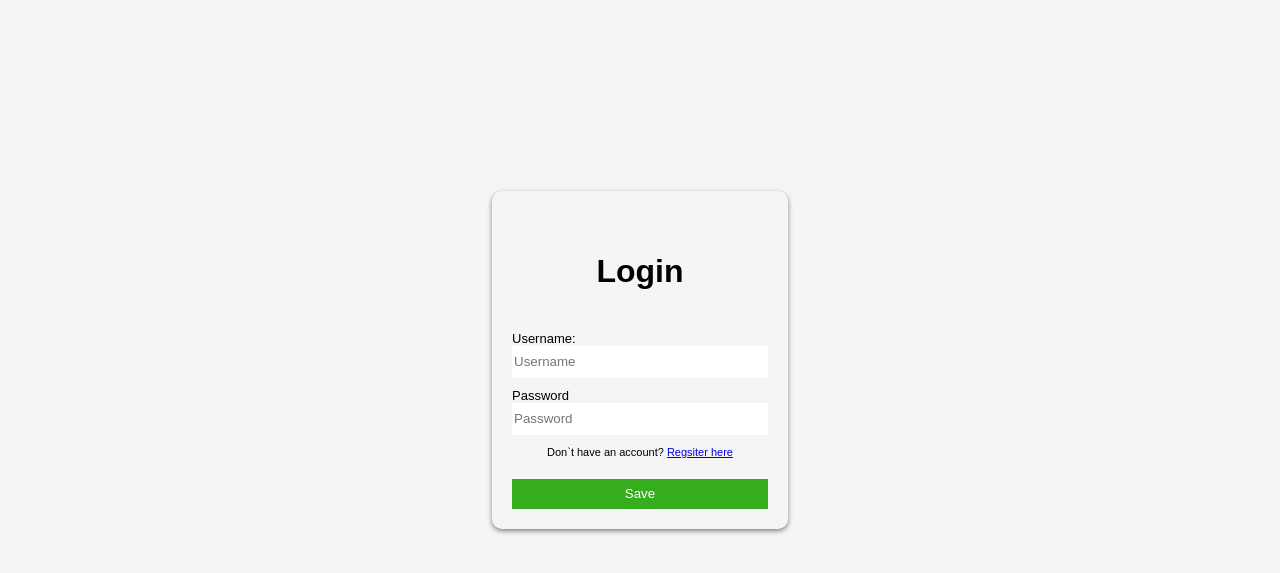
Repository: Dennis-star1001/PHP-CRUD
Page: http://localhost/login.php
These files come from the project's save history. The page is drawn as it stood at one moment and after the next save; the edit follows.
The browser window is 1280 px wide. The pictures show the whole page.
The page is run by PHP 8.4 with error messages shown; the project is at /var/www/html/.

Above is the page before, as saved 2022-07-06 00:31:27.

After the next save:
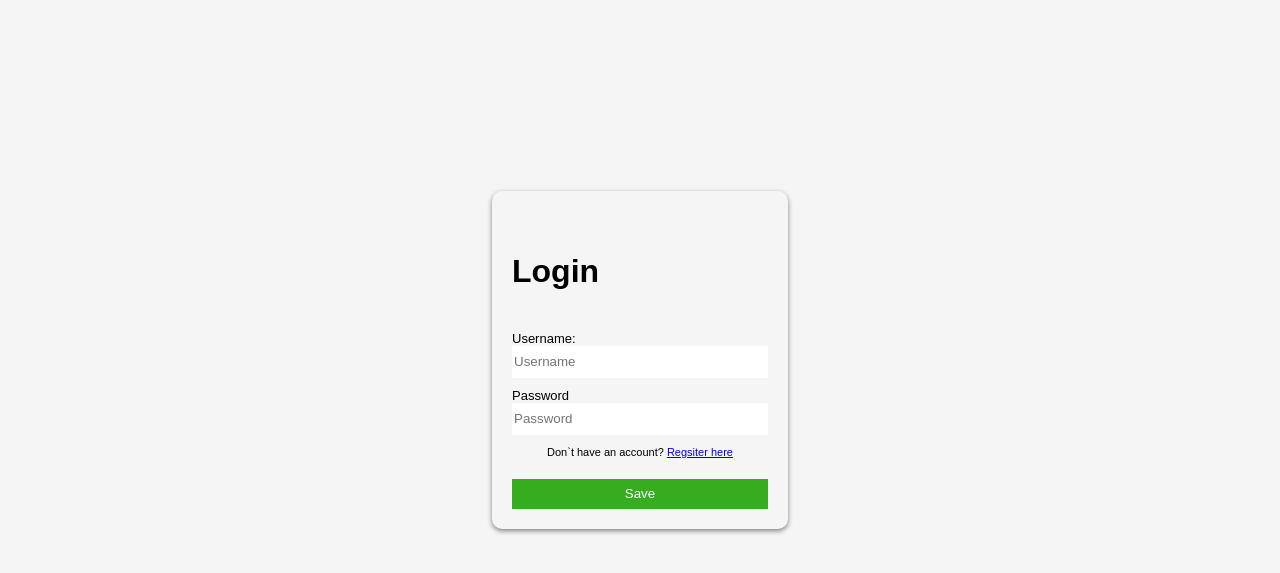
Saved 43 min 29 s later.
--- a/login.php
+++ b/login.php
@@ -31,7 +31,7 @@ if (isset($_GET['err'])) {
                 <?php echo "<div class='success'>$success</div>" ?>
 
 
-                <h1 class="title">Login</h1>
+                <h1 class="heading">Login</h1>
                 <div class='success'></div>
                 <div class="input-field">
                     <label for="username">Username:</label>
